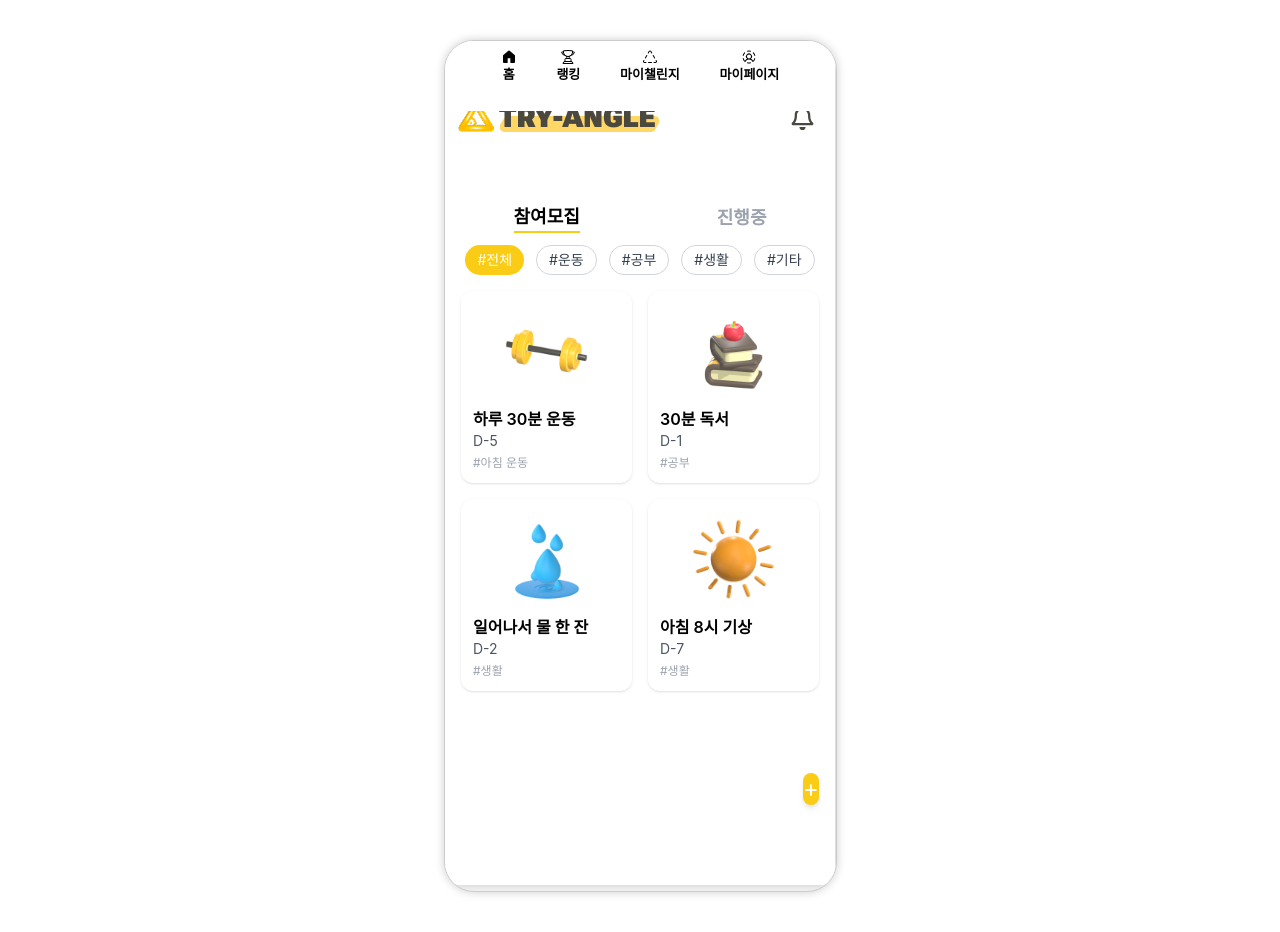
Repository: gusdk19/TryAngle-FE
Page: /
The author's editor kept a copy of each file at every save. The page is drawn from the files as they stood at one save, then again after the next save.
The browser window is 1280 px wide. The pictures show the whole page.
The project was rebuilt for these pictures with package versions that can differ from the ones it lists, and the page was loaded fresh each time. Also part of the build but not shown: src/App.css.

Above is the page before, as saved 2025-04-30 15:35:51.

After the next save:
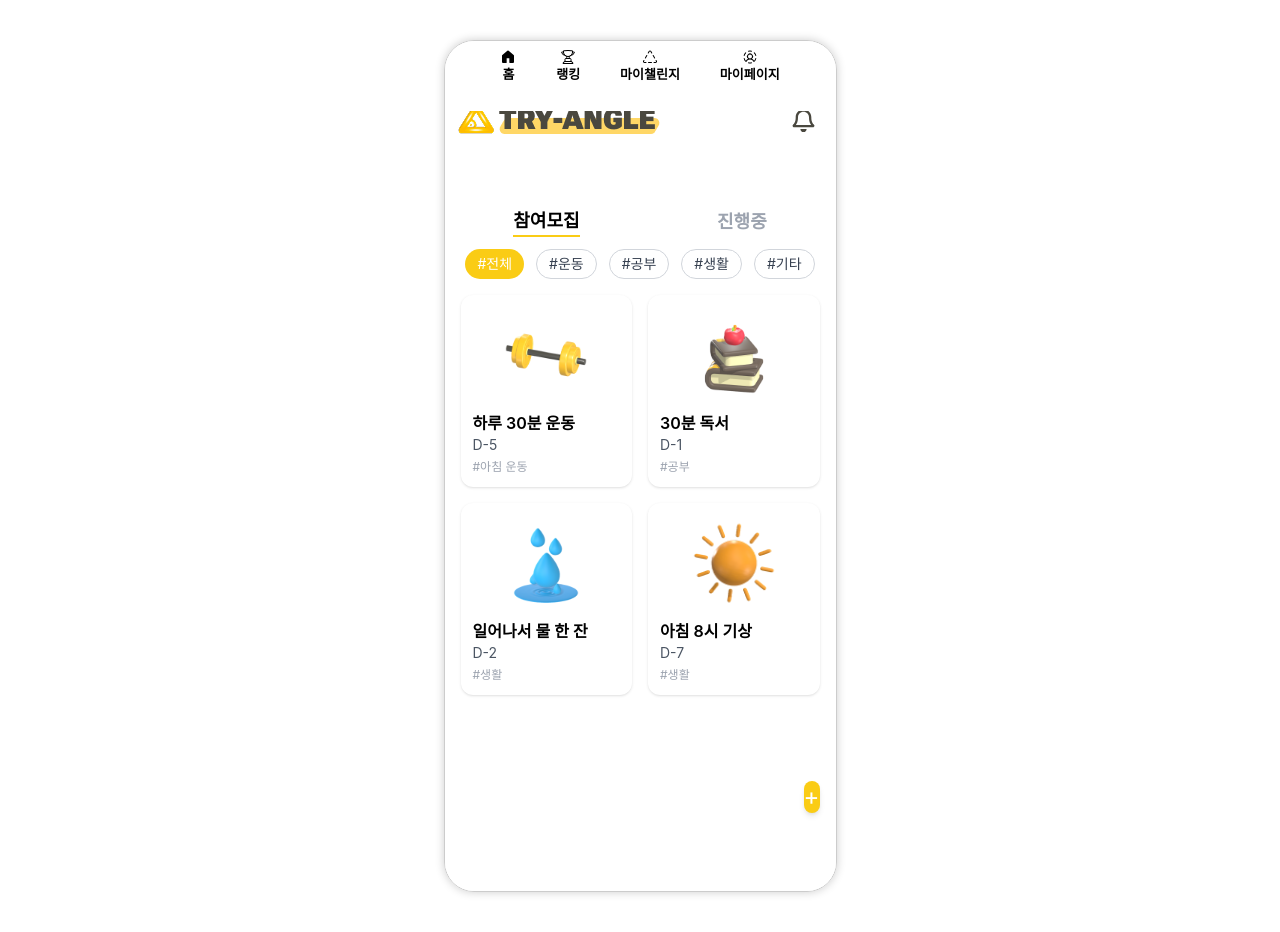
Saved 61 s later.
--- a/src/pages/Home.js
+++ b/src/pages/Home.js
@@ -27,7 +27,7 @@ const Home = () => {
   return (
     <div className="flex justify-center items-center min-h-screen bg-gray-200">
       {/* 모바일 프레임 */}
-      <div className="relative w-[390px] h-[844px] bg-white overflow-hidden rounded-xl shadow-lg flex flex-col">
+      <div className="relative w-[393px] h-[852px] bg-white overflow-hidden rounded-xl shadow-lg flex flex-col">
         <Header />
 
         {/* 탭 영역 */}
